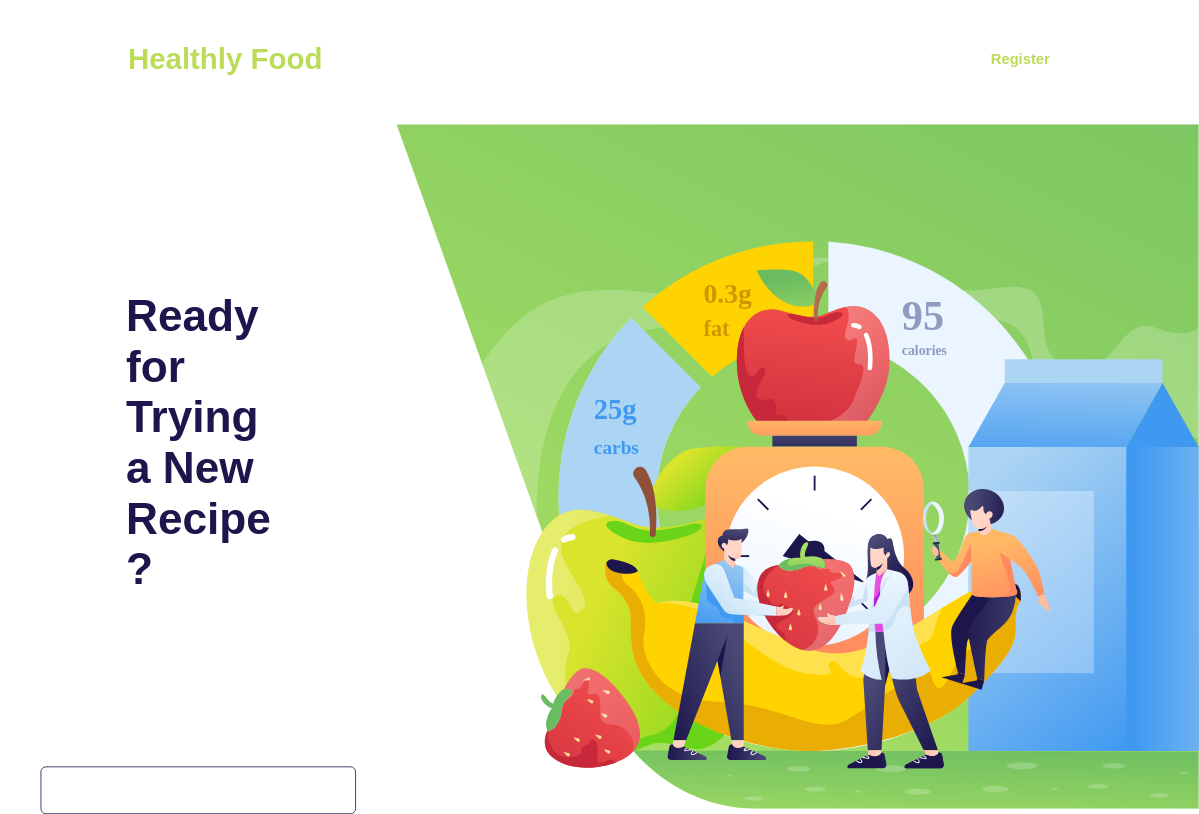
Repository: LuccaCasalecchi/HealthyFood
Page: /
The author's editor kept a copy of each file at every save. The page is drawn from the files as they stood at one save, then again after a run of saves.
The browser window is 1280 px wide. The page is 1303 px wide, so the pictures cover 1303 px, including what lies to the right of the window. The pictures show the whole page, at 92% of full size.
The project was rebuilt for these pictures with package versions that can differ from the ones it lists, and the page was loaded fresh each time.

Above is the page before, as saved 2021-08-17 20:01:18.

After the next 2 saves:
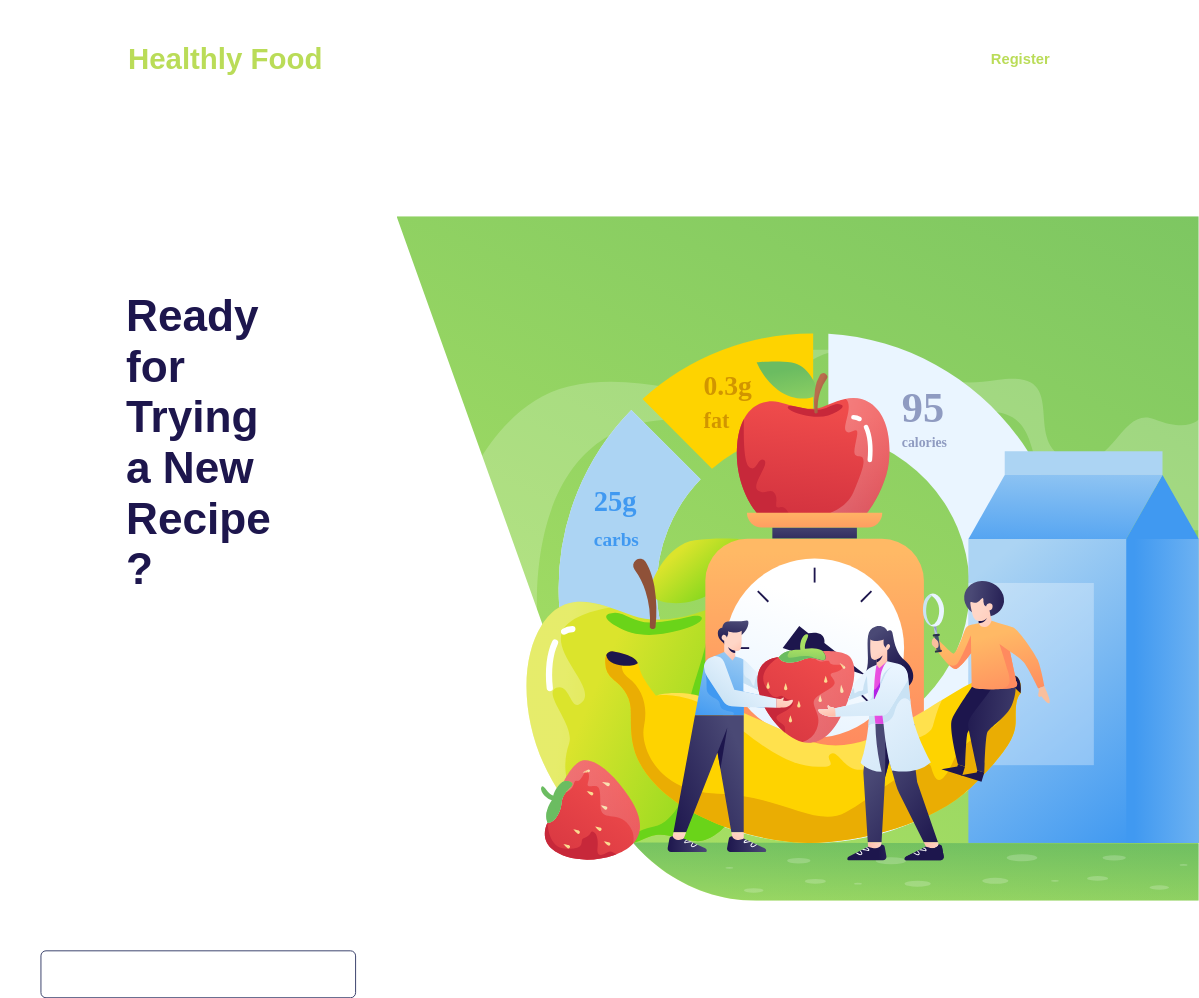
The 2 saves are shown as one change because they came seconds apart.
The last was saved 12 s later.
--- a/src/pages/LandingPage/LandingPage.css
+++ b/src/pages/LandingPage/LandingPage.css
@@ -29,5 +29,5 @@
 }
 
 .subtitle .input-container{
-  padding: 0;
+  margin-top: 200px;
 }
